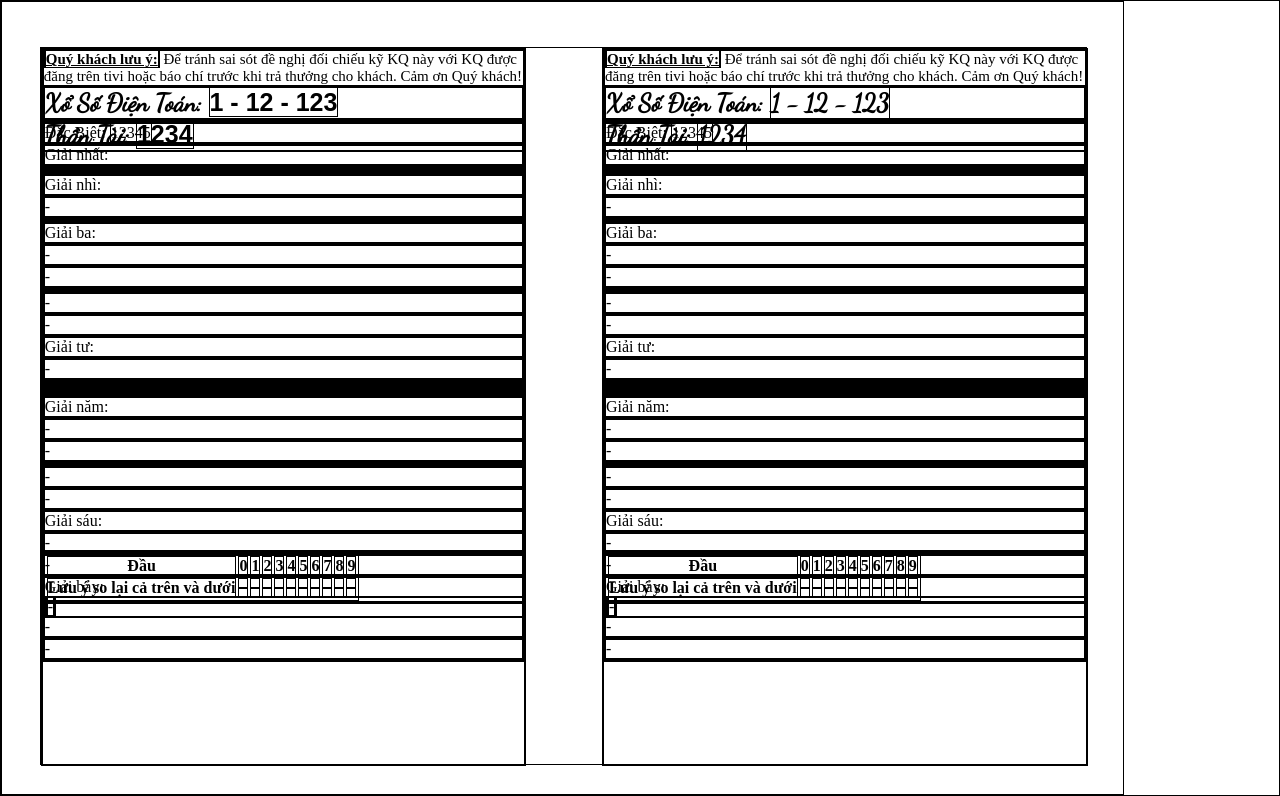
Repository: AnhDuc0125/xskt123
Page: index.html
An editor plug-in stored every save of this project. The page is shown before and after the next save, followed by the edit.
The browser window is 1280 px wide. The pictures show the whole page.
Some web fonts or font styles are not loaded; a fallback is used.

Above is the page before, as saved 2022-01-29 16:43:33.

After the next save:
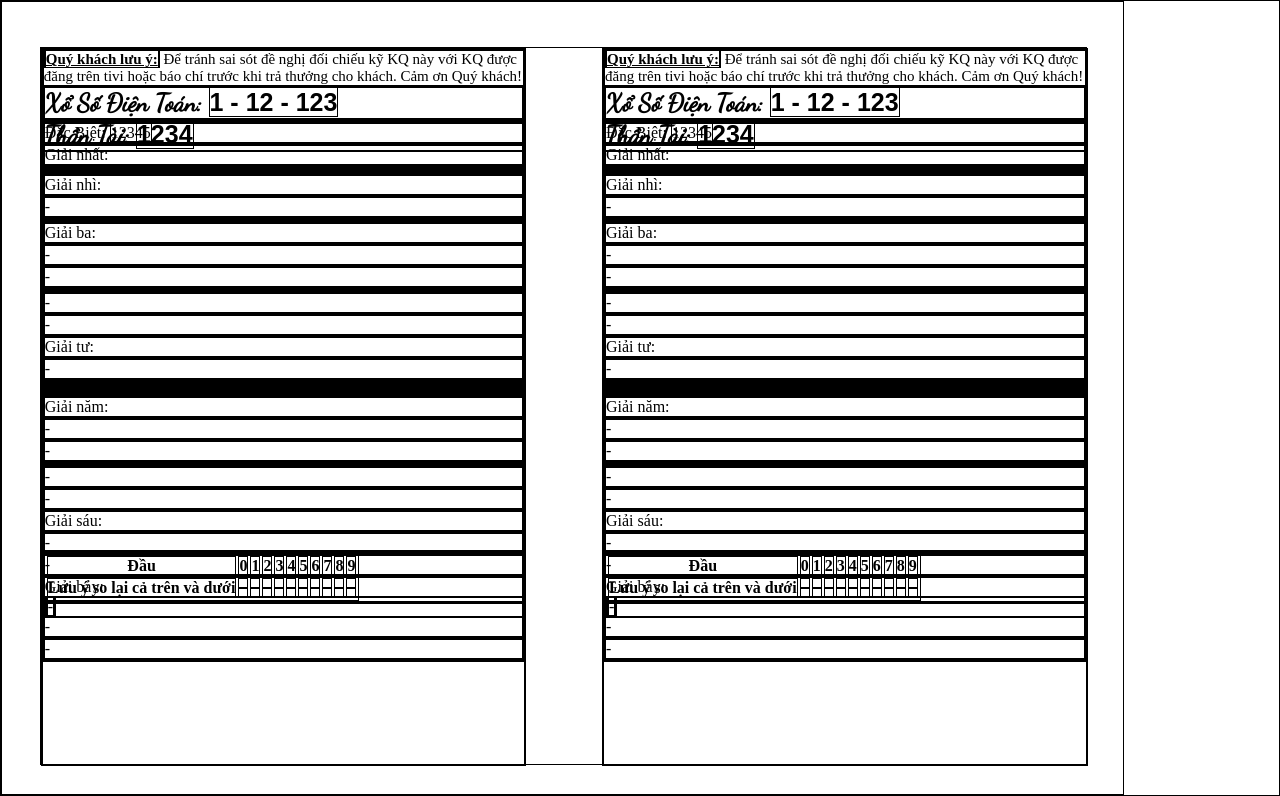
Saved 29 s later.
--- a/style.css
+++ b/style.css
@@ -47,7 +47,9 @@ body {
 }
 
 #data__dienToan--1,
-#data__thanTai--1 {
+#data__thanTai--1,
+#data__dienToan--2,
+#data__thanTai--2 {
   font-family: arial;
 }
 
